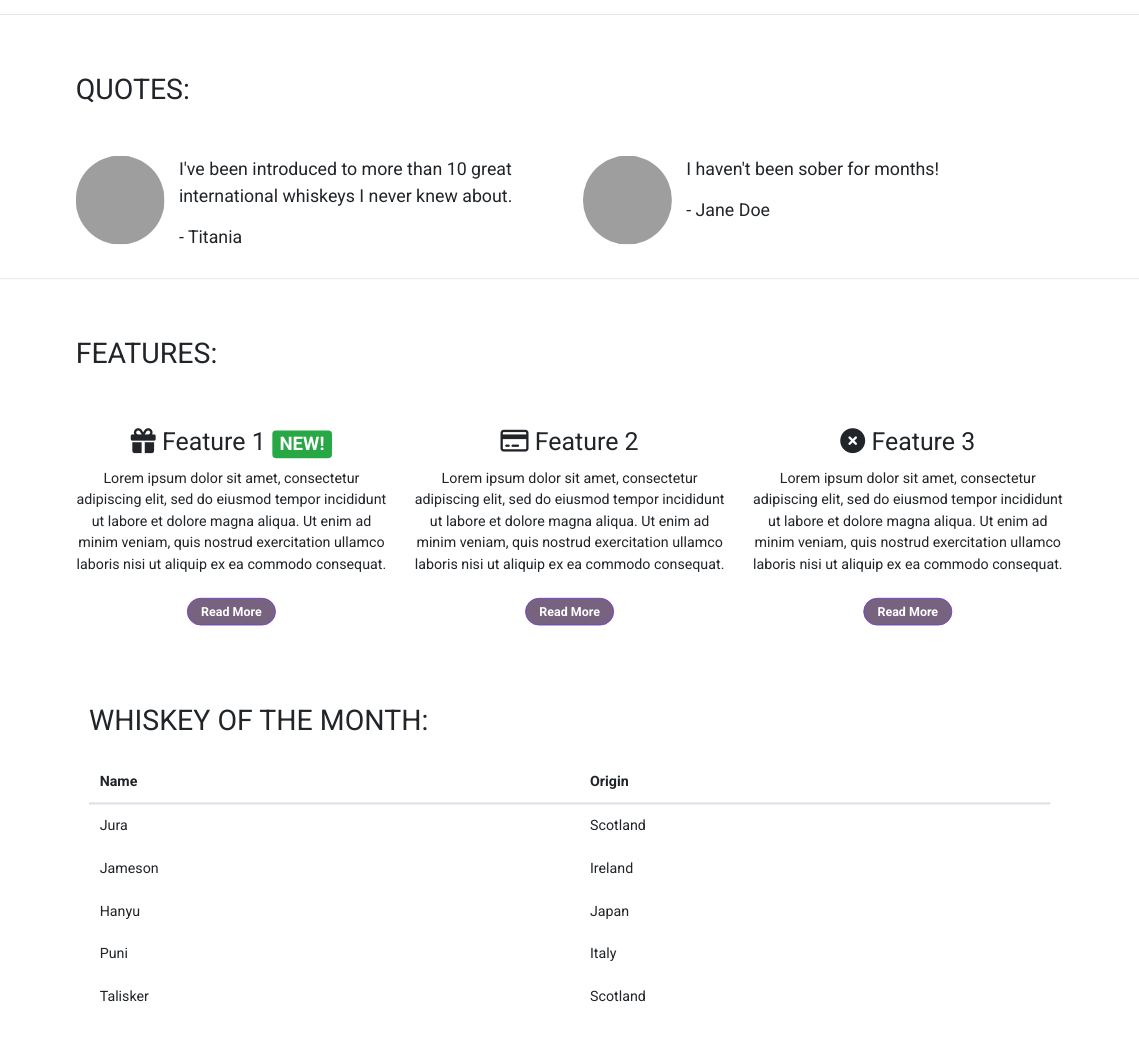
Repository: cipsim/bootstrap2.0
Page: index.html
The author's editor kept a record of every edit. The page is drawn from the files as they stood at one moment, then again after the next edit.
The browser window is 1280 px wide. The pictures show the part of the page from y = 720 to 1912 px (the page is 1912 px tall before and 1694 px after), at 89% of full size.
Pictures or frames that could not be fetched are drawn as grey boxes. Backgrounds fixed to the window are drawn as part of the page. Some web libraries are served in a nearby version.

Above is the page before.

### index.html
<!DOCTYPE html>
<html lang="en-us">

<head>
    <meta charset="utf-8">
    <title>Whiskey Drop | Taste a new whiskey every month</title>
    <meta name="viewport" content="width=device-width, initial-scale=1.0">
    <link rel="stylesheet" href="https://maxcdn.bootstrapcdn.com/bootstrap/4.1.3/css/bootstrap.min.css">
    <script src="https://kit.fontawesome.com/0dc9a7af2a.js"></script>
    <link href="https://fonts.googleapis.com/css?family=Roboto:400,700&display=swap" rel="stylesheet">
    <link rel="stylesheet" href="css/style.css" type="text/css" />
</head>

<body>
    <div class="container-fluid navalert-container">
        <div class="container-fluid alert-container">
            <div class="row d-none d-sm-block">
                <div class="col-12">
                    <div class="site-wide-alert alert alert-warning">
                        <strong>Sale is now on!</strong> We got a sale on: get a 12 month subscription for the price of 6!!! <a href="">See here for details.</a>
                    </div>
                </div>
            </div>
        </div>
        <nav class="navbar navbar-dark navbar-expand-sm">
            <a href="/" class="navbar-brand">Whiskey Drop</a>
            <button class="navbar-toggler ml-auto" type="button" data-toggle="collapse" data-target="#navbarNavDropdown" aria-controls="navbarNavDropdownv" aria-epanded="false" aria-label="Toggle navigation">
            <span class="navbar-toggler-icon">
            </span>
        </button>
            <div class="collapse navbar-collapse" id="navbarNavDropdown">
                <ul class="navbar-nav mr-auto">
                    <li class="active nav-item mr-2"><a class="nav-link" href="/">Home</a></li>
                    <li class="nav-item mr-2"><a class="nav-link" href="/about">About</a></li>
                    <li class="nav-item dropdown">
                        <a class="nav-link dropdown-toggle" href="#" id="navbarDropdownMenuLink" role="button" data-toggle="dropdown" aria-haspopup="true" aria-expanded="false">
                        Whiskeys
                    </a>
                        <div class="dropdown-menu" aria-labelledby="navbarDropdownMenuLink">
                            <a href="#" class="dropdown-item">Scotch</a>
                            <a href="#" class="dropdown-item">Irish</a>
                            <a href="#" class="dropdown-item">Japanese</a>
                            <a href="#" class="dropdown-item">Italian</a>
                        </div>
                    </li>
                    <li class="nav-item mr-2 d-block d-sm-none"><a class="nav-link" href="/login">Sign In / Sign Up</a></li>
                </ul>
            </div>
            <div class="d-none d-md-block">
                <p class="navbar-text my-auto mr-2"><i>Great whiskey delivered to your door!</i></p>
                <a href="/login" class="btn btn--cta btn--purple">Sign in / Sign up</a>
            </div>
        </nav>\
    </div>
    <!-- Callout -->
    <div class="container-fluid callout-container">
        <div class="row">
            <div class="col-12">
                <section class="callout jumbotron text-center">
                    <h1 class="jumbotron-header">The finest whiskeys delivered to your doorstep.</h1>
                    <hr class="block-divider">
                    <p class="lead">Sign up today to start receiving the world's best whiskeys every month.
                        <s class="d-none d-sm-inline">19.99$</s>
                        <span class="d-inline d-sm-none"><br></span>
                        <strong><mark>First one is free!</mark></strong></p>
                    <p class="text-muted"><small>You must be over 18 to sign up to our service, please drink responsibly</small></p>
                    <button class="btn btn-lg btn--cta btn--purple" data-toggle="modal" data-target="#signUpModal">Sign up!</button>
                </section>
            </div>
        </div>
    </div>
    <!-- /.callout -->
    <hr>

    <!-- Quotes -->
    <div class="container quotes-container">
        <section class="quotes">
            <div class="row">
                <div class="col-12 my-5">
                    <h2 class="text-uppercase">Quotes:</h2>
                </div>
            </div>
            <div class="row">
                <div class="col-12 col-md-6">
                    <div class="media">
                        <div class="d-none d-sm-block">
                            <img src=".c9/images/girls.jpg" class="rounded-circle mr-3" height=100 width=100>
                        </div>
                        <div class="media-body">
                            <blockquote class="blockquote">
                                <p>I've been introduced to more than 10 great international whiskeys I never knew about.</p>
                                <p>- Titania</p>
                            </blockquote>
                        </div>
                    </div>
                </div>
                <div class="col-12 col-md-6">
                    <div class="media">
                        <div class="d-none d-sm-block">
                            <img src=".c9/images/guy.jpg" class="rounded-circle mr-3" height=100 width=100>
                        </div>
                        <div class="media-body">
                            <blockquote class="blockquote">
                                <p>I haven't been sober for months!</p>
                                <p>- Jane Doe</p>
                            </blockquote>
                        </div>
                    </div>
                </div>
            </div>
        </section>
    </div>

    <!-- /.quotes -->
    <hr>

    <!-- Features -->
    <div class="container features-container">
        <section class="features">
            <div class="row">
                <div class="col-12 my-5">
                    <h2 class="text-uppercase">Features:</h2>
                </div>
            </div>
            <div class="row">
                <div class="col-12 col-md-6 col-lg-4">
                    <div class="feature">
                        <h3><i class="fas fa-gift d-none d-sm-inline"></i> Feature 1 <span class="badge badge-success">NEW!</span></h3>
                        <p>Lorem ipsum dolor sit amet, consectetur adipiscing elit, sed do eiusmod tempor incididunt ut labore et dolore magna aliqua. Ut enim ad minim veniam, quis nostrud exercitation ullamco laboris nisi ut aliquip ex ea commodo consequat.</p>
                        <p><a class="btn btn-sm btn-light" href="">Read More</a></p>
                    </div>
                </div>
                <div class="col-12 col-md-6 col-lg-4">
                    <div class="feature">
                        <h3><i class="far fa-credit-card d-none d-sm-inline"></i> Feature 2</h3>
                        <p>Lorem ipsum dolor sit amet, consectetur adipiscing elit, sed do eiusmod tempor incididunt ut labore et dolore magna aliqua. Ut enim ad minim veniam, quis nostrud exercitation ullamco laboris nisi ut aliquip ex ea commodo consequat.</p>
                        <p><a class="btn btn-sm btn-light" href="">Read More</a></p>
                    </div>
                </div>
                <div class="col-12 d-md-none d-lg-block col-lg-4">
                    <div class="feature">
                        <h3><i class="fas fa-times-circle d-none d-sm-inline"></i> Feature 3</h3>
                        <p>Lorem ipsum dolor sit amet, consectetur adipiscing elit, sed do eiusmod tempor incididunt ut labore et dolore magna aliqua. Ut enim ad minim veniam, quis nostrud exercitation ullamco laboris nisi ut aliquip ex ea commodo consequat.</p>
                        <p><a class="btn btn-sm btn-light" href="">Read More</a></p>
                    </div>
                </div>
            </div>
        </section>
    </div>

    <!-- /.features -->
    <!--Table-->
    <div class="container table-container">
        <section class="table">
            <div class="col-12 my-5">
                <h2 class="text-uppercase">Whiskey of the month:</h2>
                <table class="table">
                    <thead>
                        <tr>
                            <th scope="col">Name</th>
                            <th scope="col">Origin</th>
                        </tr>
                    </thead>
                    <tbody>
                        <tr>
                            <td>Jura</td>
                            <td>Scotland</td>
                        </tr>
                        <tr>
                            <td>Jameson</td>
                            <td>Ireland</td>
                        </tr>
                        <tr>
                            <td>Hanyu</td>
                            <td>Japan</td>
                        </tr>
                        <tr>
                            <td>Puni</td>
                            <td>Italy</td>
                        </tr>
                        <tr>
                            <td>Talisker</td>
                            <td>Scotland</td>
                        </tr>
            </div>
        </section>
    </div>
    </article>
    <div class="modal" tabindex="-1" role="dialog" id="signUpModal">
        <div class="modal-dialog" role="document">
            <div class="modal-content">
                <div class="modal-header">
                    <h5 class="modal-title">Sign up to Whiskey Drop!</h5>
                    <button type="button" class="close" data-dismiss="modal" aria-label="Close">
          <span aria-hidden="true">&times;</span>
        </button>
                </div>
                <div class="modal-body">
                    <form>
                        <div class="form-group">
                            <label for="exampleInputEmail1">Email address</label>
                            <input type="email" class="form-control" id="exampleInputEmail1" aria-describedby="emailHelp" placeholder="Enter email">
                            <small id="emailHelp" class="form-text text-muted">We'll never share your email with anyone else.</small>
                        </div>
                        <div class="form-group">
                            <label for="password">Password</label>
                            <input type="password" class="form-control" id="password" placeholder="Password">
                        </div>
                        <div class="form-group">
                            <label for="repeatPassword">Repeat Password</label>
                            <input type="password" class="form-control" id="repeatPassword" placeholder="Repeat Password">
                        </div>
                        <button type="submit" class="btn btn-success">Submit</button>
                    </form>
                </div>
            </div>
        </div>
    </div>
    <script src="https://code.jquery.com/jquery-3.3.1.slim.min.js" integrity="sha384-q8i/X+965DzO0rT7abK41JStQIAqVgRVzpbzo5smXKp4YfRvH+8abtTE1Pi6jizo" crossorigin="anonymous"></script>
    <script src="https://cdnjs.cloudflare.com/ajax/libs/popper.js/1.14.7/umd/popper.min.js" integrity="sha384-UO2eT0CpHqdSJQ6hJty5KVphtPhzWj9WO1clHTMGa3JDZwrnQq4sF86dIHNDz0W1" crossorigin="anonymous"></script>
    <script src="https://stackpath.bootstrapcdn.com/bootstrap/4.3.1/js/bootstrap.min.js" integrity="sha384-JjSmVgyd0p3pXB1rRibZUAYoIIy6OrQ6VrjIEaFf/nJGzIxFDsf4x0xIM+B07jRM" crossorigin="anonymous"></script>
</body>

</html>

### css/style.css
body {
    font-family: 'Roboto', sans-serif;
}

.alert-container .col-12 {
    padding-left: 0;
    padding-right: 0;
}

.site-wide-alert {
    border-radius: 0;
    margin-bottom: 0;
    padding: 5px 15px;
    border-color: #e59a19;
    background-color: #e59a19;
    color: #fff;
}

.features-container {}

.quotes-container {}

.table-container {}

.callout-container {
    height: 100vh;

    background: url("../.c9/images/bgi.jpg") no-repeat bottom right fixed;
    -webkit-background-size: cover;
    -moz-background-size: cover;
    -o-background-size: cover;
    background-size: cover;

    display: flex;
    align-items: center;
    justify-content: center;

}

@media screen and (max-width: 600px) {
    .callout-container {
        height: 100vh;
        background: url("../.c9/images/bgi.jpg") no-repeat bottom center fixed;
        -webkit-background-size: cover;
        -moz-background-size: cover;
        -o-background-size: cover;
        background-size: cover;
        display: flex;
        align-items: center;
        justify-content: center;
    }
}

/*Headers*/

.page-header {
    margin-bottom: 0;
    border-bottom: 0;
    text-align: center;
}

.page-header h2 {
    margin-top: 0;
}

.quotes .page-header {
    margin-bottom: 25px;
}

.table td, .table th {
    padding: .75rem;
    border-top: 0px;
    }

.table h2 {
    margin-bottom: 25px;
}

/*Navbar*/

.navalert-container {
    position: absolute;
    top: 0;
    left: 0;
    padding-left: 0;
    padding-right: 0;
    z-index: 1;
}

.navbar {
    margin-bottom: 0;
    border: 0;
    width: 100%;
    background-color: rgba(0, 0, 0, 0.25);
}

.navbar .navbar-toggler {
    border: 0;
}

.navbar-brand {
    font-weight: bold;
}

.navbar .navbar-nav a {
    font-weight: bold;
}

/*jumbotron*/

.jumbotron {
    color: lightgray;
    background-color: transparent;
}

.jumbotron-header {
    color: #fcf8e3;
    -webkit-text-stroke: 1px black;
    font-weight: bold;
    margin-bottom: 30px;
}

.jumbotron small {
    font-size: 60%;
    font-style: italic;
    color: #dcbd18;
}

/*Block dividers*/

.block-divider {
    width: 75px;
    height: 5px;
    border: 0;
    background-color: #5c4465d4;
}

/*Content Containers*/

.content-container {
    padding-top: 75px;
    padding-bottom: 75px;
}

/*Container wrappers*/

.container-wrapper {}

.container-wrapper--purple {
    background-color: #5c4465d4;
    color: white;
}

/*Buttons*/

.btn--cta {
    font-weight: bold;
    border-radius: 25px;
    width: 150px;
}

.btn--purple {
    color: white;
    background-color: #5c4465d4;
    border-color: #6f42c1;
}

.btn--purple:hover,
.btn--purple:active,
.btn--purple:focus,
.btn--purple:active:focus {
    background-color: #6f42c1;
    border-color: #6f42c1;
}

.feature {
    text-align: center;
    margin-bottom: 40px;
}

.feature i {
    margin-bottom: 20px;
    line-height: 45px;
}

.feature .btn {
    background-color: #5c4465d4;
    border-color: #6f42c1;
    color: white;
    border-radius: 25px;
    min-width: 100px;
    margin-top: 10px;
    font-weight: bold;
}

After the next edit:
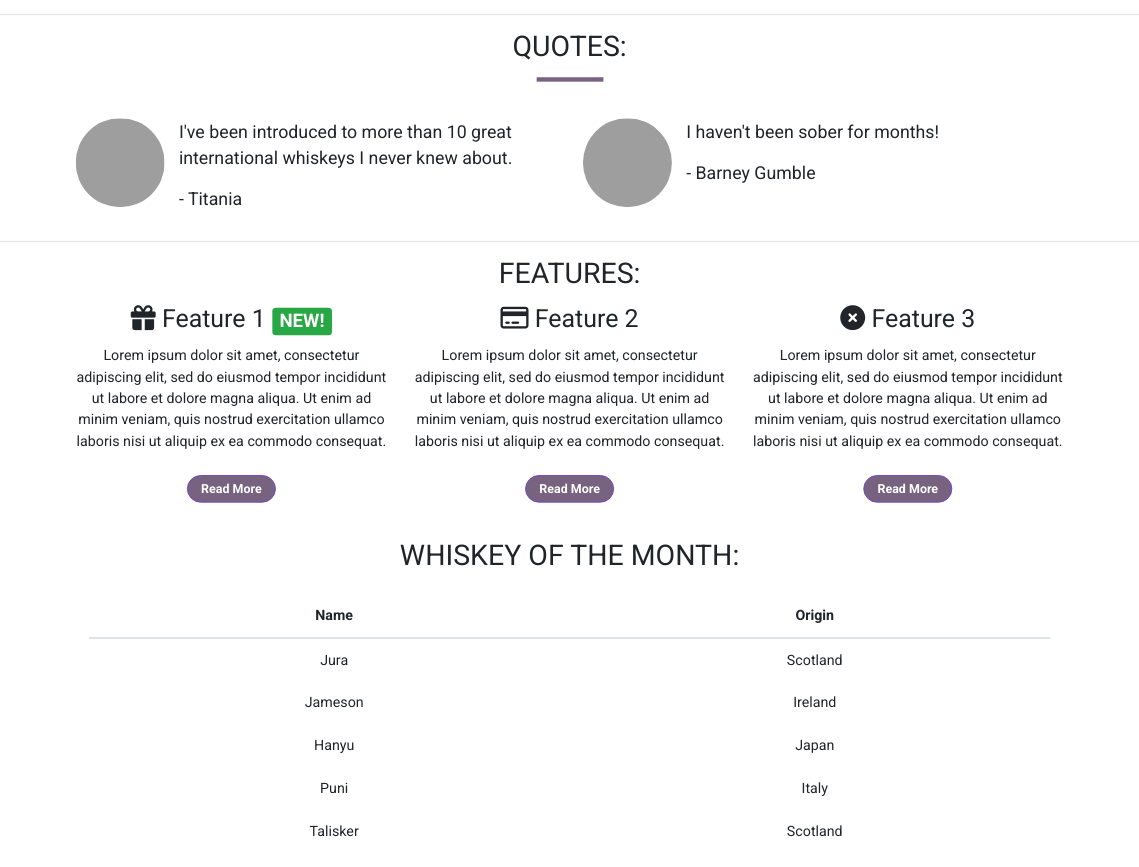
The edit:
--- a/index.html
+++ b/index.html
@@ -76,8 +76,9 @@
     <div class="container quotes-container">
         <section class="quotes">
             <div class="row">
-                <div class="col-12 my-5">
+                <div class="col-12 page-header">
                     <h2 class="text-uppercase">Quotes:</h2>
+                    <hr class="block-divider">
                 </div>
             </div>
             <div class="row">
@@ -102,7 +103,7 @@
                         <div class="media-body">
                             <blockquote class="blockquote">
                                 <p>I haven't been sober for months!</p>
-                                <p>- Jane Doe</p>
+                                <p>- Barney Gumble</p>
                             </blockquote>
                         </div>
                     </div>
@@ -118,7 +119,7 @@
     <div class="container features-container">
         <section class="features">
             <div class="row">
-                <div class="col-12 my-5">
+                <div class="col-12 page-header">
                     <h2 class="text-uppercase">Features:</h2>
                 </div>
             </div>
@@ -152,7 +153,7 @@
     <!--Table-->
     <div class="container table-container">
         <section class="table">
-            <div class="col-12 my-5">
+            <div class="col-12 page-header">
                 <h2 class="text-uppercase">Whiskey of the month:</h2>
                 <table class="table">
                     <thead>
